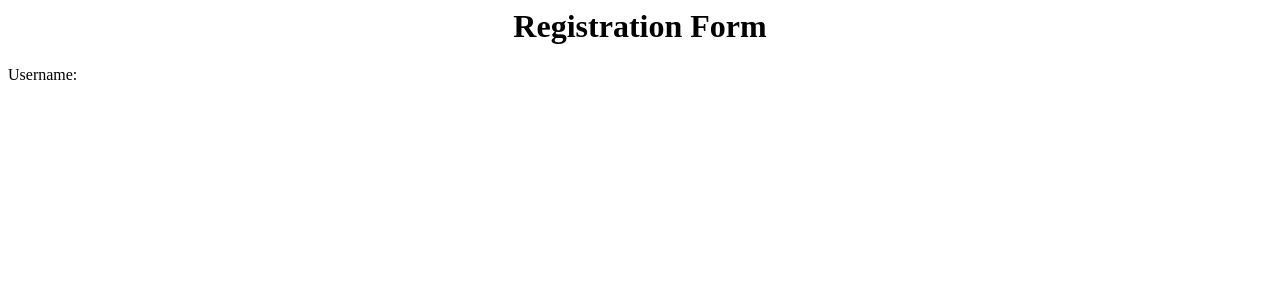
Repository: shiv-30/Spring-Boot-Projects
Page: springsecurity/src/main/resources/static/login.html
An editor plug-in stored every save of this project. The page is shown before and after the next save, followed by the edit.
The browser window is 1280 px wide. The pictures show the whole page.

Above is the page before, as saved 2022-08-11 06:28:05.

### springsecurity/src/main/resources/static/login.html
<!doctype>
<html>
	<head>
		<title>Registration</title>
	</head>
	<body>
		<h1 style="text-align:center;">Registration Form</h1>
		<form method="POST" action="">
			Username: <input name="
		</form>
	</body>
</html>

After the next save:
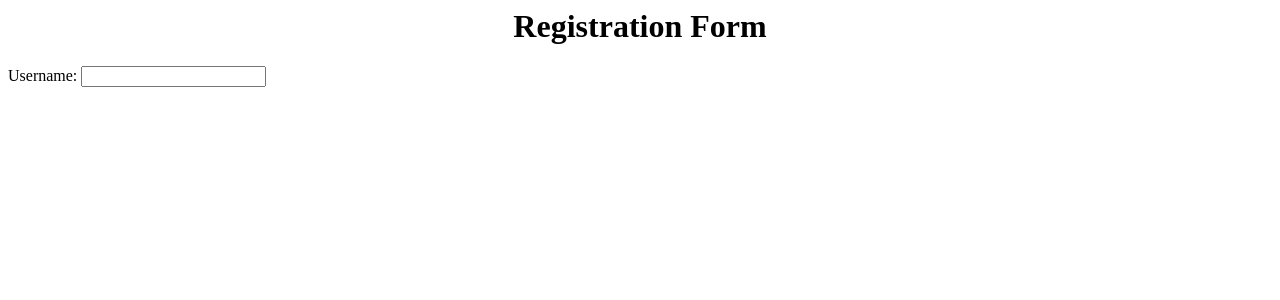
Saved 6 s later.
--- a/springsecurity/src/main/resources/static/login.html
+++ b/springsecurity/src/main/resources/static/login.html
@@ -6,7 +6,7 @@
 	<body>
 		<h1 style="text-align:center;">Registration Form</h1>
 		<form method="POST" action="">
-			Username: <input name="
+			Username: <input name="username">
 		</form>
 	</body>
 </html>
